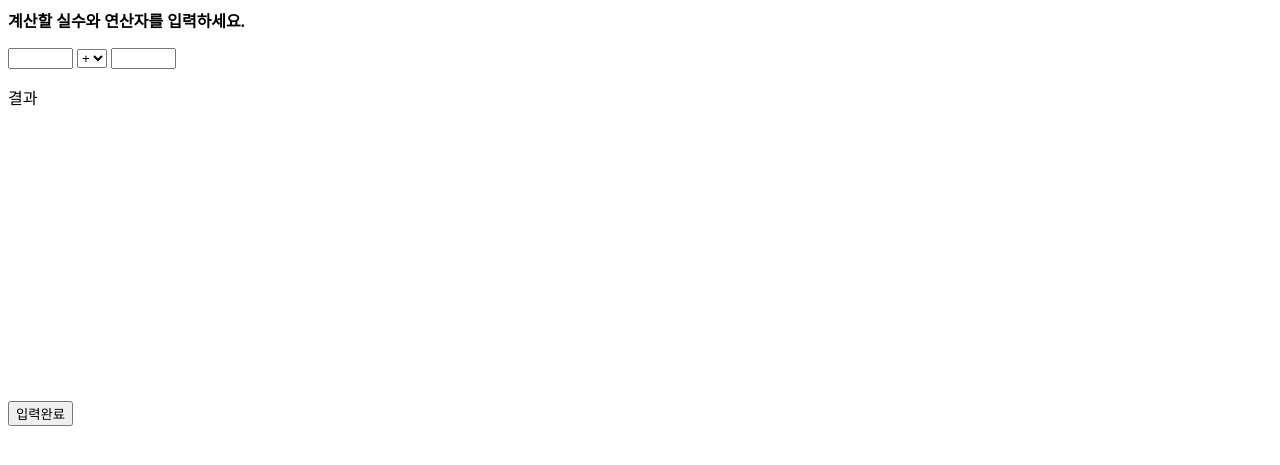
Repository: suhyun6363/JSP
Page: http://localhost/SecondProject/calFormHome.jsp
An editor plug-in stored every save of this project. The page is shown before and after the next save, followed by the edit.
The browser window is 1280 px wide. The pictures show the whole page.
The page is served by Tomcat 9.

Above is the page before, as saved 2023-04-29 08:06:51.

### SecondProject/WebContent/calFormHome.jsp
<%@ page language="java" contentType="text/html; charset=UTF-8"
    pageEncoding="UTF-8"%>
<!DOCTYPE html>
<html>
<head>
<meta name="viewport" content="width=device-width,initial-scale=1.0"/>
<meta charset="UTF-8">
<title>계산기</title>
<style type="text/css">
  div#result {
    width : 300px;
    height : 300px;
  }
</style>

<script src="js/jquery-3.6.4.min.js"></script>
<script>
$(document).ready(function() {
	  $("#b1").click(function() {
		  $.ajax({
			   type: "post",
			   url: "calProHome.jsp",
			   data: {name:$("#t1").val(), sid:$("#t2").val()},
			   success: function(data) {
				 $("#result").html(data);
				 alert("로드성공");
			   },
			   error: function() {
				 alert("로드실패");
			   }
	  	  });
	  });
});
</script>
</head>
<body>
<b>계산할 실수와 연산자를 입력하세요.</b><p>
<input type="text" id="t1" size=5>
<select name="operator">
		       <option selected value="+">+ </option>
		       <option value="-">- </option>
		       <option value="*">* </option>
		       <option value="/">/ </option>
</select>
<input type="text" id="t2" size=5><p>
<div id="result">결과</div><p>
<button id="b1">입력완료</button>
</body>
</html>

Loaded but not shown: SecondProject/WebContent/js/jquery-3.6.4.min.js (library)

After the next save:
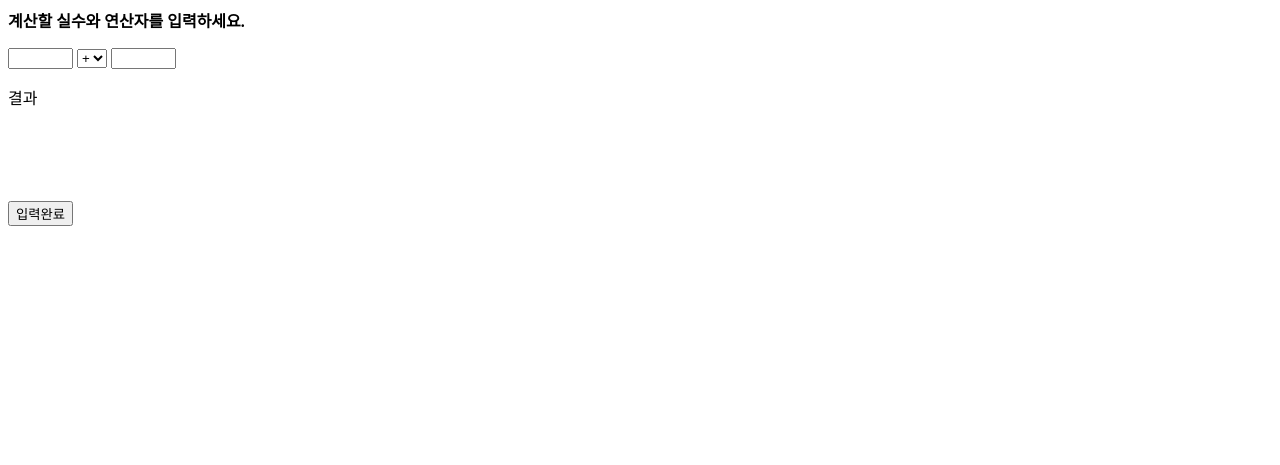
Saved 60 s later.
--- a/SecondProject/WebContent/calFormHome.jsp
+++ b/SecondProject/WebContent/calFormHome.jsp
@@ -8,8 +8,8 @@
 <title>계산기</title>
 <style type="text/css">
   div#result {
-    width : 300px;
-    height : 300px;
+    width : 100px;
+    height : 100px;
   }
 </style>
 
